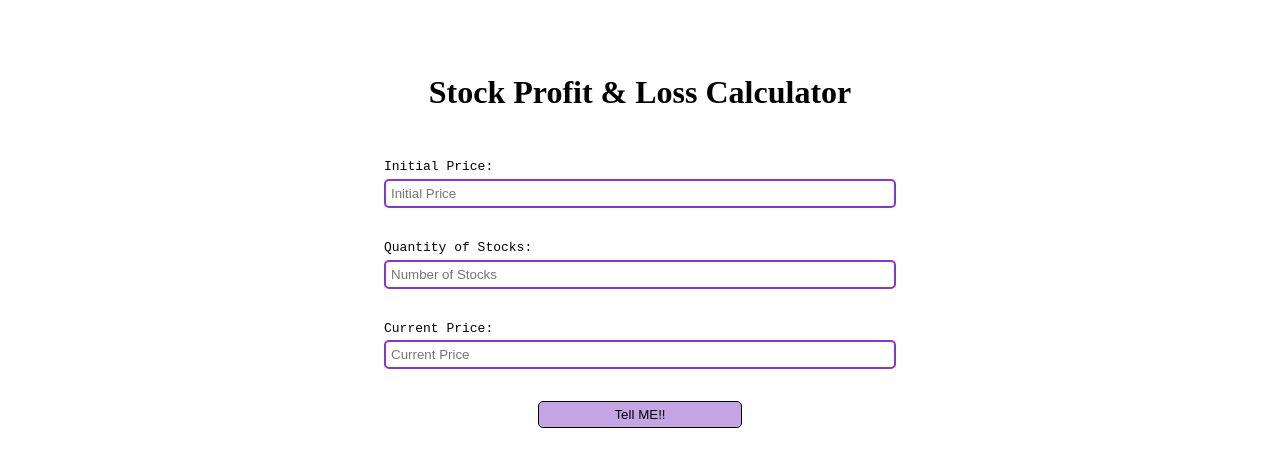
Repository: patelamancode/Stock-P-L-Calculator
Page: index.html
An editor plug-in stored every save of this project. The page is shown before and after the next save, followed by the edit.
The browser window is 1280 px wide. The pictures show the whole page.

Above is the page before, as saved 2022-11-23 18:38:24.

### index.html
<!DOCTYPE html>
<html lang="en">
<head>
    <meta charset="UTF-8">
    <meta http-equiv="X-UA-Compatible" content="IE=edge">
    <meta name="viewport" content="width=device-width, initial-scale=1.0">
    <link rel="stylesheet" href="index.css">
    <title>Stock Profit and Loss Calc</title>
</head>
<body>
    <div id="main-container">
        <h1 class="app-title">Stock Profit & Loss Calculator</h1>
        <label for="initial Price">Initial Price:</label>
        <input type="text" id="initial-price-input" placeholder="Initial Price">
        <label for="number of stock">Quantity of Stocks:</label>
        <input type="text" id="stock-count" placeholder="Number of Stocks">
        <label for="current Price">Current Price:</label>
        <input type="text" id="current-price-input" placeholder="Current Price" >
        <button id="check-btn">Tell ME!!</button>
        <p id="result-display">Hey I am here as a result</p>
    </div>
    <script src="index.js"></script>
</body>
</html>

### index.css
* {
    margin: 0;
    padding: 0;
  }


  #main-container {
    display: flex;
    flex-direction: column;
    width: 40vw;
    margin: auto;
    margin-top: 2rem;
    padding: 10px;
    text-align: center;
  }

  .app-title {
    margin: 2rem 0 1rem 0;
  }
  label{
    margin-top: 2rem;
    margin-bottom: 0.3rem;
    text-align: left;
    font-family: monospace;
  }
  input{
    border: 2px solid rgb(134, 55, 207);
    border-radius: 5px;
    padding: 5px;
  }
  #check-btn{
    margin: auto;
    text-align: center;
    margin-top: 2rem;
    width: 40%;
    padding: 5px 0px;
    background-color:rgba(143, 82, 201, 0.521);
    border: 1px solid;
    border-radius: 5px;
  }

  #result-display{
    display: none;
    margin-top: 2rem;
    font-style: italic;
    font-weight: 100;
  }

### index.js
const checkButton = document.querySelector('#check-btn');
const initialValue = document.querySelector('#initial-price-input');
const stockCount = document.querySelector('#stock-count');
const currentValue = document.querySelector('#current-price-input');
const resultDisplay = document.querySelector('#result-display');





function showResult(){
    resultDisplay.style.display = "block";

}


checkButton.addEventListener('click', function(){
    showResult();
})

After the next save:
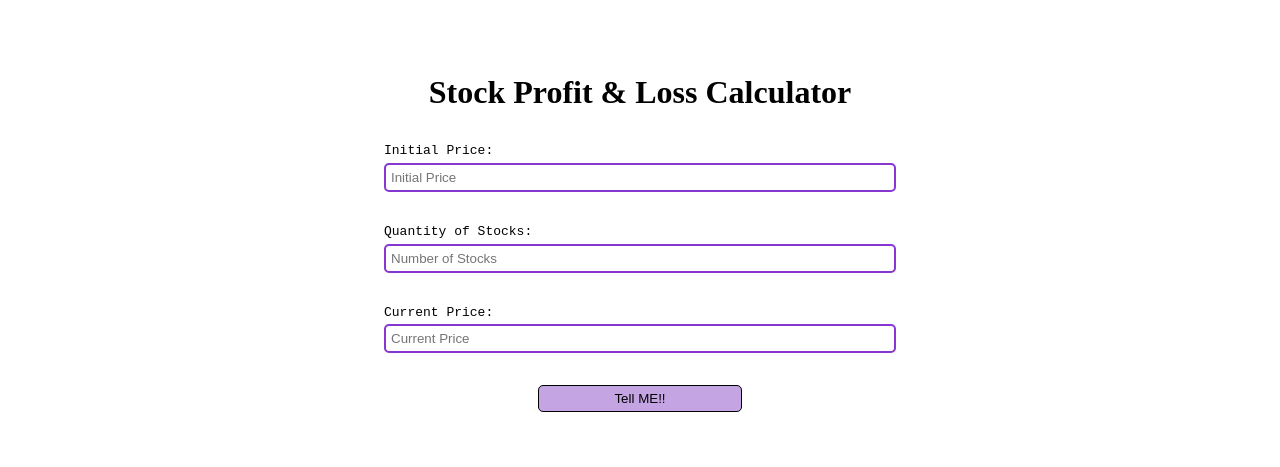
Saved 28 s later.
--- a/index.css
+++ b/index.css
@@ -15,7 +15,7 @@
   }
 
   .app-title {
-    margin: 2rem 0 1rem 0;
+    margin: 2rem 0 0 0;
   }
   label{
     margin-top: 2rem;
